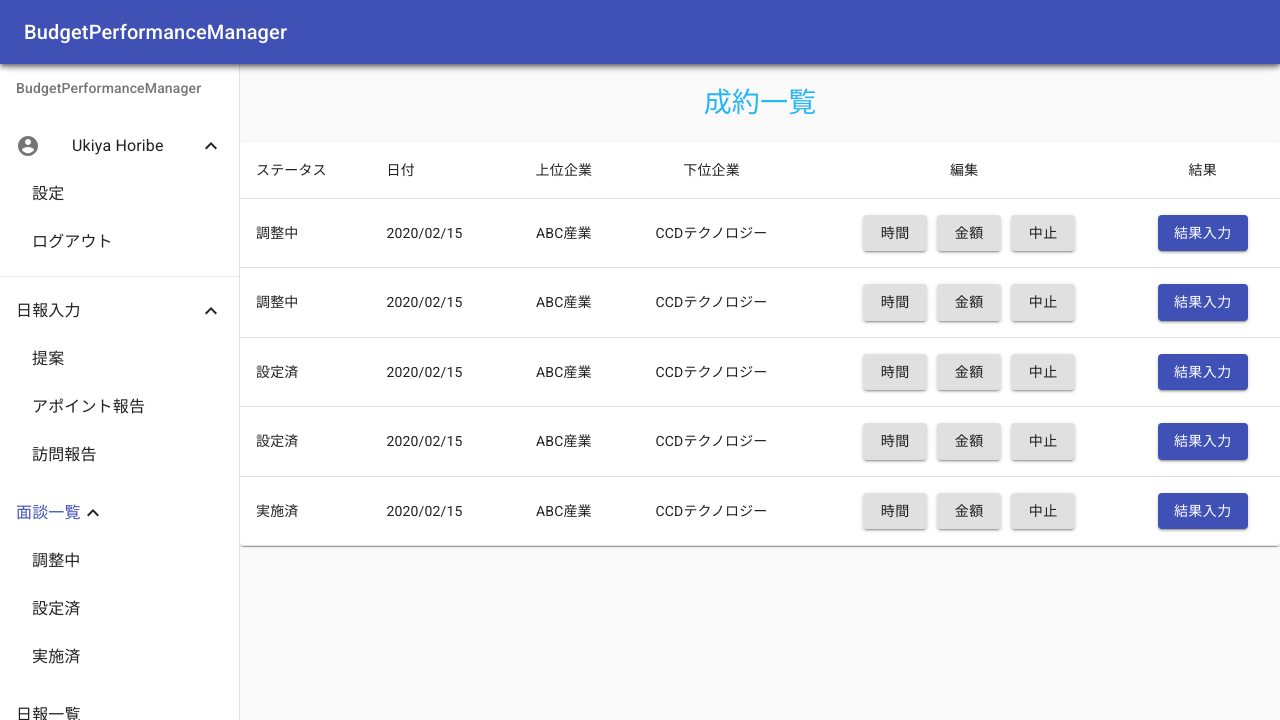
Repository: ukiyah/test
Page: /list_closing (app in src/)
The author's editor kept a copy of each file at every save. The page is drawn from the files as they stood at one save, then again after the next save.
The browser window is 1280 px wide. The pictures show the whole page.
The project was rebuilt for these pictures with package versions that can differ from the ones it lists, and the page was loaded fresh each time. Also part of the build but not shown: src/proposal/Table.js, src/proposal/list_proposal.js, src/Title.js, src/Chart.js, src/Deposits.js, src/Orders.js, src/Dashboard.js, src/interview/Avatar.js and 2 more.

Above is the page before, as saved 2020-02-25 17:41:14.

### src/index.css
body {
  margin: 0;
  font-family: -apple-system, BlinkMacSystemFont, 'Segoe UI', 'Roboto', 'Oxygen',
    'Ubuntu', 'Cantarell', 'Fira Sans', 'Droid Sans', 'Helvetica Neue',
    sans-serif;
  -webkit-font-smoothing: antialiased;
  -moz-osx-font-smoothing: grayscale;
}

code {
  font-family: source-code-pro, Menlo, Monaco, Consolas, 'Courier New',
    monospace;
}

.button {
  color: #000;
}

h1 {
  text-align: center;
  color:#29B6F6;
  font-weight: normal;
}

### src/App.js
import React from 'react';
import 'typeface-roboto';
import {
  BrowserRouter,
  Route
} from "react-router-dom";
import list_proposal from "./proposal/list_proposal";
import Dashboard from "./Dashboard";
import list_interview from "./interview/list_interview";
import list_closing from "./closing/list_closing";
class App extends React.Component{

  render() {
    return (
      <div>

        <BrowserRouter>
          <div>
            <Route exact path="/" component={Dashboard} />
            <Route path="/list_proposal" component={list_proposal} />
            <Route path="/list_interview" component={list_interview} />
            <Route path="/list_closing" component={list_closing} />
          </div>
        </BrowserRouter>
        {/* <ClippedDrawer /> */}
      </div>
    );
  }

}

export default App;

### src/closing/list_closing.js
import React from 'react';
import { makeStyles } from '@material-ui/core/styles';
import CssBaseline from '@material-ui/core/CssBaseline';

import Drawer from "../Drawer";
import Table from "./Table";

const useStyles = makeStyles(theme => ({
  root: {
    display: 'flex',
  },
  appBarSpacer: theme.mixins.toolbar,
  content: {
    flexGrow: 1,
    height: '100vh',
    overflow: 'auto',
  },


}));

export default function Dashboard() {
  const classes = useStyles();

  return (
    <div className={classes.root}>
      <CssBaseline />
      <Drawer />
      <main className={classes.content}>
        <div className={classes.appBarSpacer} />
        <h1>成約一覧</h1>
        <Table />
      </main>
    </div>
  );
}

### src/Drawer.js
import React from 'react';
import { makeStyles } from '@material-ui/core/styles';
import Drawer from '@material-ui/core/Drawer';
import AppBar from '@material-ui/core/AppBar';
import CssBaseline from '@material-ui/core/CssBaseline';
import Toolbar from '@material-ui/core/Toolbar';
import Typography from '@material-ui/core/Typography';
import SimpleTable from "./proposal/Table";
import NestedList from "./NestedList";
const drawerWidth = 240;

const useStyles = makeStyles(theme => ({
  root: {
    display: 'flex',
  },
  appBar: {
    zIndex: theme.zIndex.drawer + 1,
  },
  drawer: {
    width: drawerWidth,
    flexShrink: 0,
  },
  drawerPaper: {
    width: drawerWidth,
  },
  content: {
    flexGrow: 1,
    padding: theme.spacing(3),
  },
  toolbar: theme.mixins.toolbar,
}));

export default function ClippedDrawer() {
  const classes = useStyles();

  return (
    <div className={classes.root}>
      <CssBaseline />
      <AppBar position="fixed" className={classes.appBar}>
        <Toolbar>
          <Typography variant="h6" noWrap>
            BudgetPerformanceManager
          </Typography>
        </Toolbar>
      </AppBar>
      <Drawer
        className={classes.drawer}
        variant="permanent"
        classes={{
          paper: classes.drawerPaper,
        }}
      >
        <div className={classes.toolbar} />
        <NestedList />
      </Drawer>

    </div>
  );
}

### src/closing/Table.js
import React from 'react';
import { makeStyles } from '@material-ui/core/styles';
import Table from '@material-ui/core/Table';
import TableBody from '@material-ui/core/TableBody';
import TableCell from '@material-ui/core/TableCell';
import TableContainer from '@material-ui/core/TableContainer';
import TableHead from '@material-ui/core/TableHead';
import TableRow from '@material-ui/core/TableRow';
import Paper from '@material-ui/core/Paper';
import ContainedButtons from "../Button";
import Button from '@material-ui/core/Button';
import Drawer from "../Drawer";


const useStyles = makeStyles({
  table: {
    minWidth: 650,
  },
});

function createData(closing_date, date, upper_side, lower_side) {
  return { closing_date, date, upper_side, lower_side};
}

const rows = [
  createData('調整中','2020/02/15', 'ABC産業', 'CCDテクノロジー'),
  createData('調整中','2020/02/15', 'ABC産業', 'CCDテクノロジー'),
  createData('設定済','2020/02/15', 'ABC産業', 'CCDテクノロジー'),
  createData('設定済','2020/02/15', 'ABC産業', 'CCDテクノロジー'),
  createData('実施済','2020/02/15', 'ABC産業', 'CCDテクノロジー'),
];

export default function SimpleTable() {
  const classes = useStyles();

  return (
    <div>
      <Drawer />
      <TableContainer component={Paper}>
        <Table className={classes.table} aria-label="simple table">
          <TableHead>
            <TableRow>
              <TableCell>ステータス</TableCell>
              <TableCell>日付</TableCell>
              <TableCell align="center">上位企業</TableCell>
              <TableCell align="center">下位企業</TableCell>
              <TableCell align="center">編集</TableCell>
              <TableCell align="center">結果</TableCell>
            </TableRow>
          </TableHead>
          <TableBody>
            {rows.map(row => (
              <TableRow key={row.date}>
                <TableCell>{row.closing_date}</TableCell>
                <TableCell component="th" scope="row">
                  {row.date}
                </TableCell>
                <TableCell align="center">{row.upper_side}</TableCell>
                <TableCell align="center">{row.lower_side}</TableCell>
                <TableCell align="center">
                    <Button variant="contained" style={{marginLeft: 10}}>時間</Button>
                    <Button variant="contained" style={{marginLeft: 10}}>金額</Button>
                    <Button variant="contained" style={{marginLeft: 10}}>中止</Button>
                </TableCell>
                <TableCell align="center">
                  <ContainedButtons name="結果入力"></ContainedButtons>
                </TableCell>
              </TableRow>
            ))}
          </TableBody>
        </Table>
      </TableContainer>
    </div>

  );
}

### src/NestedList.js
import React from 'react';
import { makeStyles } from '@material-ui/core/styles';
import ListSubheader from '@material-ui/core/ListSubheader';
import List from '@material-ui/core/List';
import ListItem from '@material-ui/core/ListItem';
import ListItemIcon from '@material-ui/core/ListItemIcon';
import ListItemText from '@material-ui/core/ListItemText';
import Collapse from '@material-ui/core/Collapse';
import InboxIcon from '@material-ui/icons/MoveToInbox';
import DraftsIcon from '@material-ui/icons/Drafts';
import SendIcon from '@material-ui/icons/Send';
import ExpandLess from '@material-ui/icons/ExpandLess';
import ExpandMore from '@material-ui/icons/ExpandMore';
import StarBorder from '@material-ui/icons/StarBorder';
import AccountCircle from '@material-ui/icons/AccountCircle';
import Divider from '@material-ui/core/Divider';
import Link from '@material-ui/core/Link';
const useStyles = makeStyles(theme => ({
  root: {
    width: '100%',
    maxWidth: 360,
    backgroundColor: theme.palette.background.paper,
  },
  nested: {
    paddingLeft: theme.spacing(4),
  },
}));

export default function NestedList() {
  const classes = useStyles();
  const [open1, setOpen1] = React.useState(true);
  const [open2, setOpen2] = React.useState(true);
  const [open3, setOpen3] = React.useState(true);
  const [open4, setOpen4] = React.useState(true);

  const handleClick1 = () => {
    setOpen1(!open1);
  };
  const handleClick2 = () => {
    setOpen2(!open2);
  };
  const handleClick3 = () => {
    setOpen3(!open3);
  };
  const handleClick4 = () => {
    setOpen4(!open4);
  };
  return (
    <List
      component="nav"
      aria-labelledby="nested-list-subheader"
      subheader={
        <ListSubheader component="div" id="nested-list-subheader">
          BudgetPerformanceManager
        </ListSubheader>
      }
      className={classes.root}
    >
    <div style={{marginTop: 10, marginBottom: 10}}>
      <ListItem button onClick={handleClick1}>
        <ListItemIcon>
          <AccountCircle />
        </ListItemIcon>
        <ListItemText primary="Ukiya Horibe" />
        {open1 ? <ExpandLess /> : <ExpandMore />}
      </ListItem>
      <Collapse in={open1} timeout="auto" unmountOnExit>
        <List component="div" disablePadding>
          <ListItem button className={classes.nested}>
            {/* <ListItemIcon>
              <StarBorder />
            </ListItemIcon> */}
            <ListItemText primary="設定" />
          </ListItem>
          <ListItem button className={classes.nested}>
            <ListItemText primary="ログアウト" />
          </ListItem>
        </List>
      </Collapse>
    </div>
    <Divider light/>
    <div style={{marginTop: 10}}>
      <ListItem button onClick={handleClick2}>
        <ListItemText primary="日報入力" />
        {open2 ? <ExpandLess /> : <ExpandMore />}
      </ListItem>
      <Collapse in={open2} timeout="auto" unmountOnExit>
        <List component="div" disablePadding>
          <ListItem button className={classes.nested}>
            <ListItemText primary="提案" />
          </ListItem>
          <ListItem button className={classes.nested}>
            <ListItemText primary="アポイント報告" />
          </ListItem>
          <ListItem button className={classes.nested}>
            <ListItemText primary="訪問報告" />
          </ListItem>
        </List>
      </Collapse>
    </div>
    <div style={{marginTop: 10}}>
      <ListItem button onClick={handleClick3}>
        <Link href="list_interview" >
          <ListItemText primary="面談一覧" />
        </Link>

        {open3 ? <ExpandLess /> : <ExpandMore />}
      </ListItem>
      <Collapse in={open3} timeout="auto" unmountOnExit>
        <List component="div" disablePadding>
          <ListItem button className={classes.nested}>
            <ListItemText primary="調整中" />
          </ListItem>
          <ListItem button className={classes.nested}>
            <ListItemText primary="設定済" />
          </ListItem>
          <ListItem button className={classes.nested}>
            <ListItemText primary="実施済" />
          </ListItem>
        </List>
      </Collapse>
    </div>
    <div style={{marginTop: 10}}>
      <ListItem button>
        <ListItemText primary="日報一覧" />
      </ListItem>
    </div>
    <div style={{marginTop: 10}}>
      <ListItem button onClick={handleClick4}>
        <ListItemText primary="その他の一覧" />

        {open4 ? <ExpandLess /> : <ExpandMore />}
      </ListItem>
      <Collapse in={open4} timeout="auto" unmountOnExit>
        <List component="div" disablePadding>
          <ListItem button className={classes.nested}>
            <Link href="/list_proposal" >
              <ListItemText primary="提案" />
            </Link>

          </ListItem>
          <ListItem button className={classes.nested}>
            <Link href="/list_closing" >
              <ListItemText primary="成約" />
            </Link>
          </ListItem>
          <ListItem button className={classes.nested}>
            <ListItemText primary="架電報告" />
          </ListItem>
        </List>
      </Collapse>
    </div>
    </List>
  );
}

### src/Button.js
import React from 'react';
import { makeStyles } from '@material-ui/core/styles';
import Button from '@material-ui/core/Button';

const useStyles = makeStyles(theme => ({
  root: {
    '& > *': {
      marginLeft: 5 ,

    },
  },
}));
//いろんなボタンが用意されてるけど1つのボタンだけ使う。
export default function ContainedButtons(props) {
  const classes = useStyles();

  return (
    // <div className={classes.root}>
    //   {/* <Button variant="contained">Default</Button>
    //   <Button variant="contained" color="primary">
    //     Primary
    //   </Button>
    //   <Button variant="contained" color="secondary">
    //     Secondary
    //   </Button>
    //   <Button variant="contained" disabled>
    //     Disabled
    //   </Button> */}
      <Button variant="contained" color="primary" href="#contained-buttons">
        {props.name}
      </Button>
    // </div>
  );
}

Loaded but not shown: src/index.js (common file); src/serviceWorker.js (common file)

After the next save:
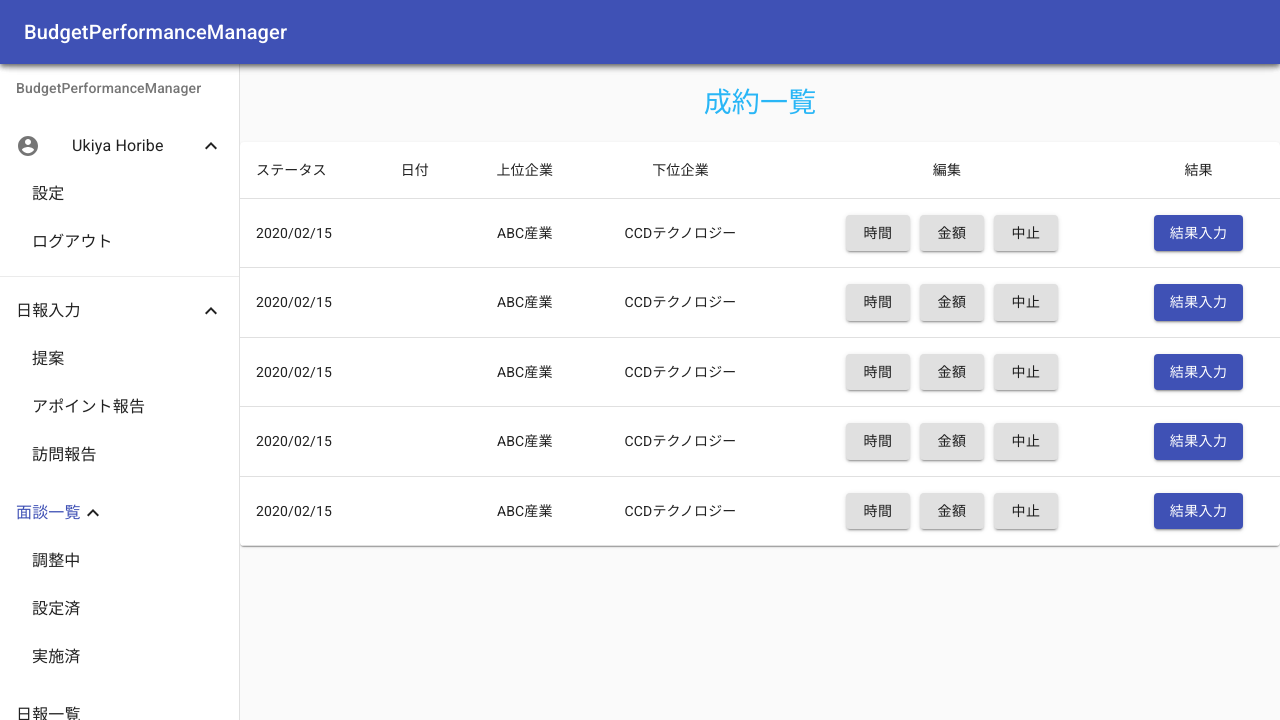
Saved 79 s later.
--- a/src/closing/Table.js
+++ b/src/closing/Table.js
@@ -18,16 +18,16 @@ const useStyles = makeStyles({
   },
 });
 
-function createData(closing_date, date, upper_side, lower_side) {
-  return { closing_date, date, upper_side, lower_side};
+function createData(closing_date,  upper_side, lower_side) {
+  return { closing_date,  upper_side, lower_side};
 }
 
 const rows = [
-  createData('調整中','2020/02/15', 'ABC産業', 'CCDテクノロジー'),
-  createData('調整中','2020/02/15', 'ABC産業', 'CCDテクノロジー'),
-  createData('設定済','2020/02/15', 'ABC産業', 'CCDテクノロジー'),
-  createData('設定済','2020/02/15', 'ABC産業', 'CCDテクノロジー'),
-  createData('実施済','2020/02/15', 'ABC産業', 'CCDテクノロジー'),
+  createData('2020/02/15', 'ABC産業', 'CCDテクノロジー'),
+  createData('2020/02/15', 'ABC産業', 'CCDテクノロジー'),
+  createData('2020/02/15', 'ABC産業', 'CCDテクノロジー'),
+  createData('2020/02/15', 'ABC産業', 'CCDテクノロジー'),
+  createData('2020/02/15', 'ABC産業', 'CCDテクノロジー'),
 ];
 
 export default function SimpleTable() {
